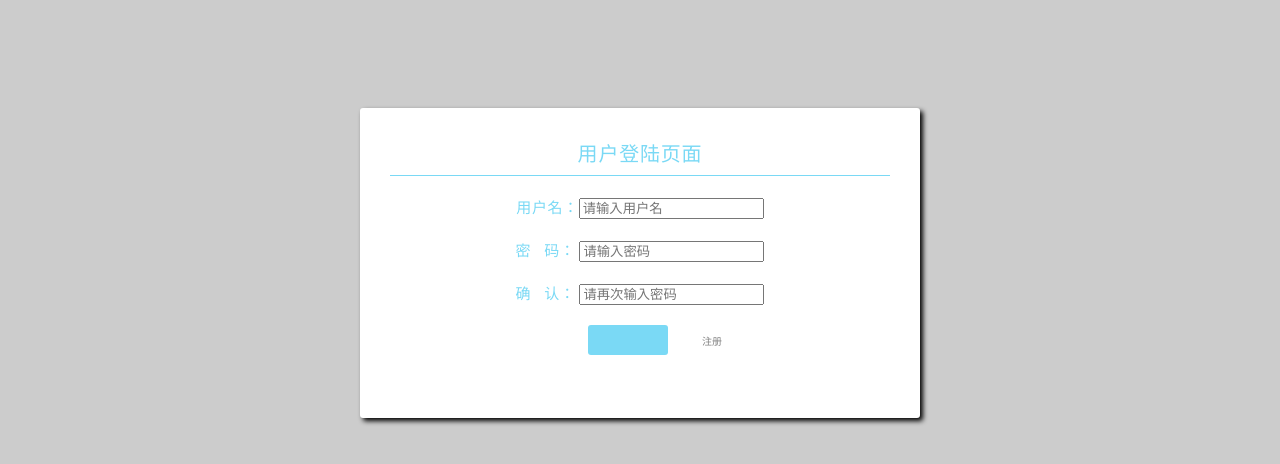
Repository: eheihaha2/whoisthespy-
Page: webDemo/WebContent/login.html
The author's editor kept a copy of each file at every save. The page is drawn from the files as they stood at one save, then again after the next save.
The browser window is 1280 px wide. The pictures show the whole page.

Above is the page before, as saved 2020-02-25 14:39:54.

After the next save:
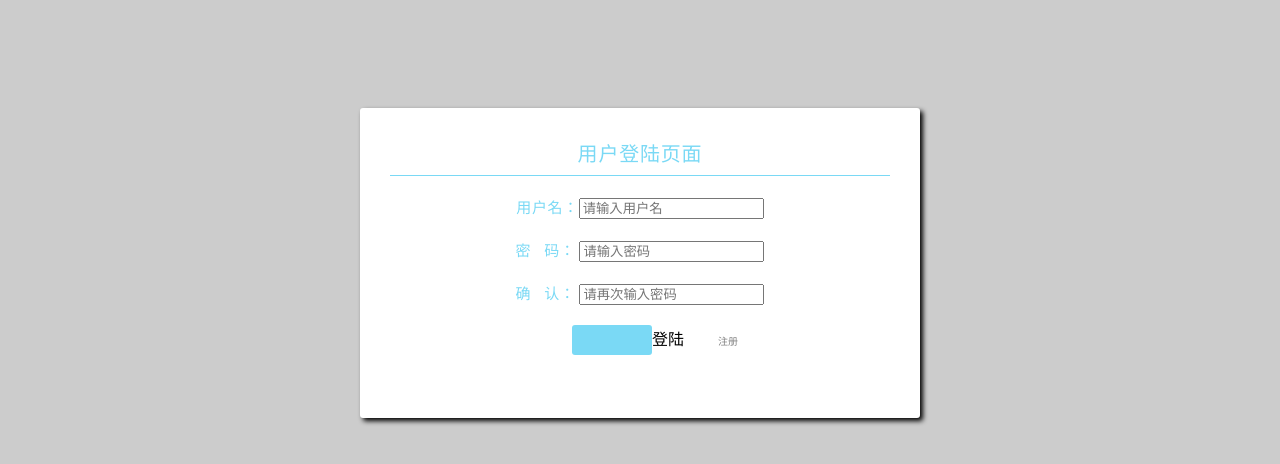
Saved 32 s later.
--- a/webDemo/WebContent/login.html
+++ b/webDemo/WebContent/login.html
@@ -68,7 +68,7 @@
          	<input type="password" name="consert" placeholder="请再次输入密码" id="consert" oninput="change()">
          	<span id="tip"> </span>
 		 </div>
-         <input type="button" class="btn"></input>
+         <input type="button" class="btn">登陆</input>
          <span class="register"><a href="register.html">注册</a></span>
 		</form>
 	</body>
